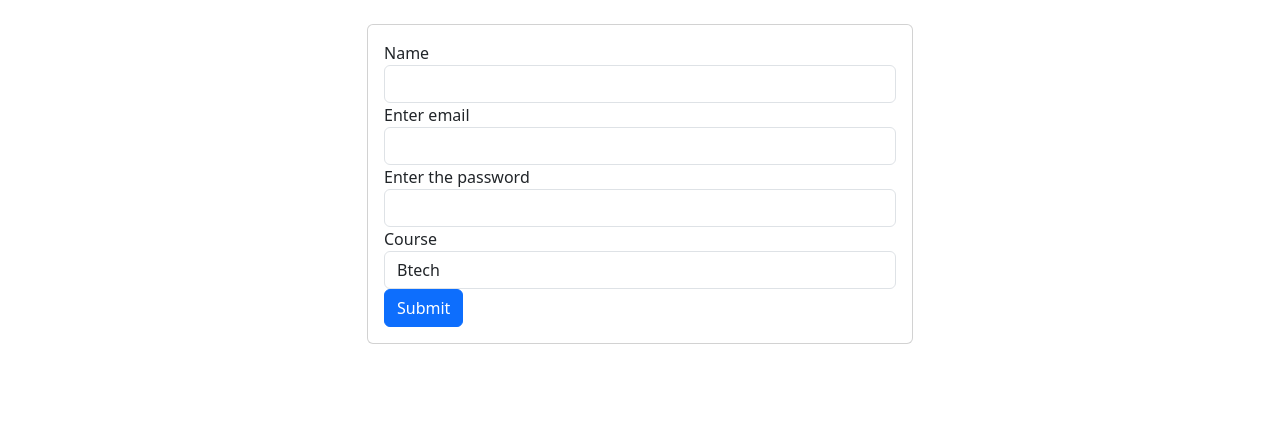
Repository: Rupam1210/servlet
Page: form_submit/webContent/index.html
These files come from the project's save history. The page is drawn as it stood at one moment and after the next save; the edit follows.
The browser window is 1280 px wide. The pictures show the whole page.

Above is the page before, as saved 2024-03-06 06:33:08.

After the next save:
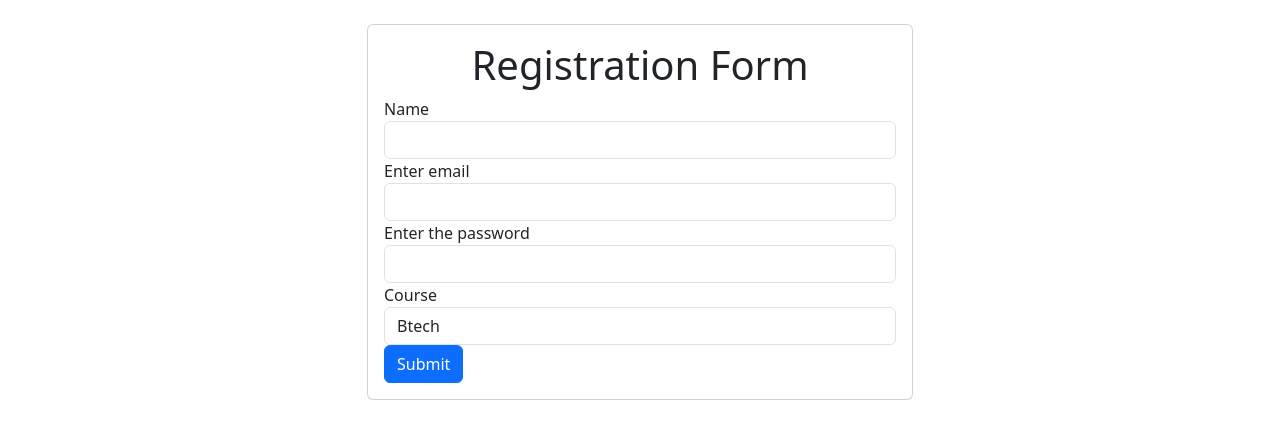
Saved 103 s later.
--- a/form_submit/webContent/index.html
+++ b/form_submit/webContent/index.html
@@ -12,7 +12,8 @@
         <div class="col-md-6 offset-md-3">
          <div class="card mt-4">
          <div class="card-body">
-         <form method="post" action="register">
+         <h1 class="text-center">Registration Form</h1>
+         <form method="post" action="register" >
           <div class="form-body">
             <label >Name</label>
             <input type="text" name="user-name" class="form-control"/>
